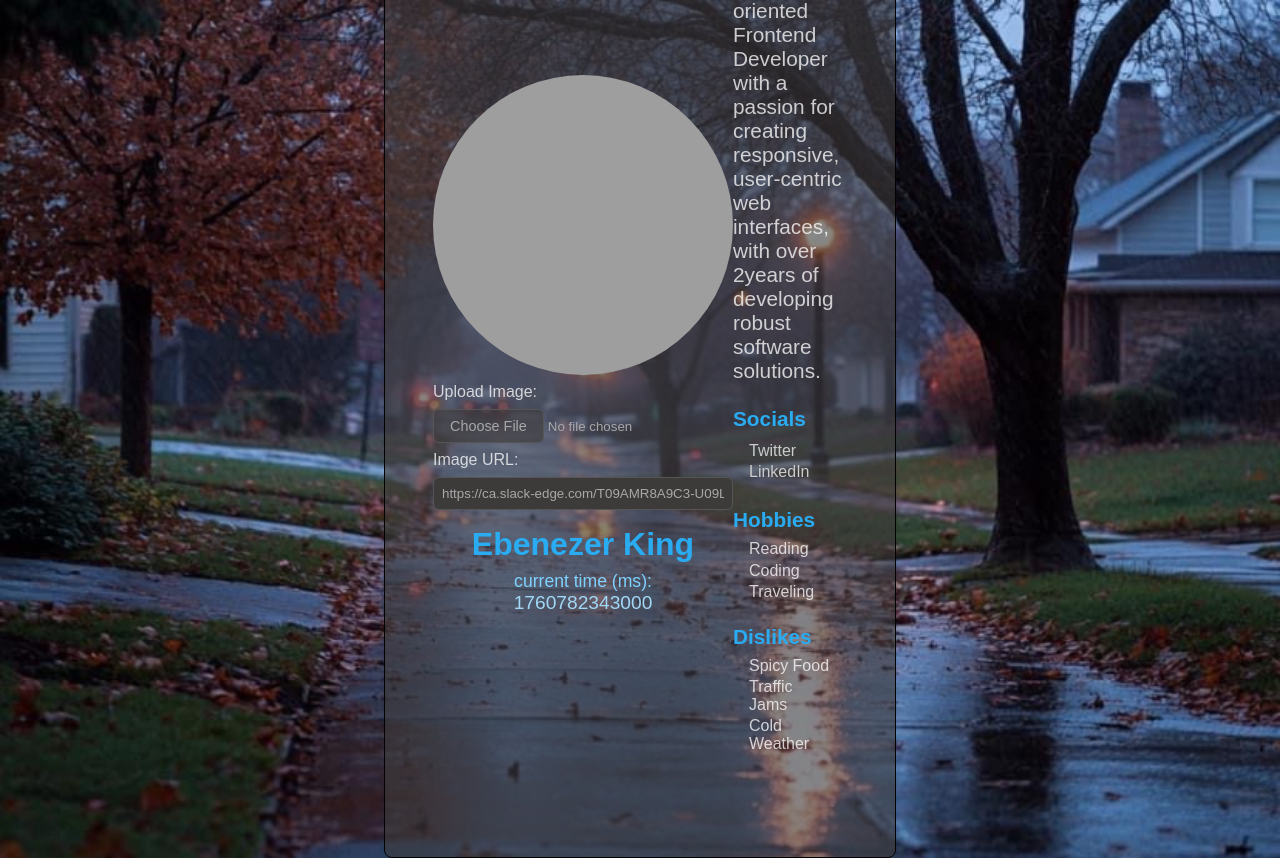
Repository: ebenezertiewei/profileCard
Page: index.html
These files come from the project's save history. The page is drawn as it stood at one moment and after a run of saves; the edit follows.
The browser window is 1280 px wide. The pictures show the whole page.
Pictures or frames that could not be fetched are drawn as grey boxes.

Above is the page before, as saved 2025-10-18 10:52:08.

After the next 4 saves:
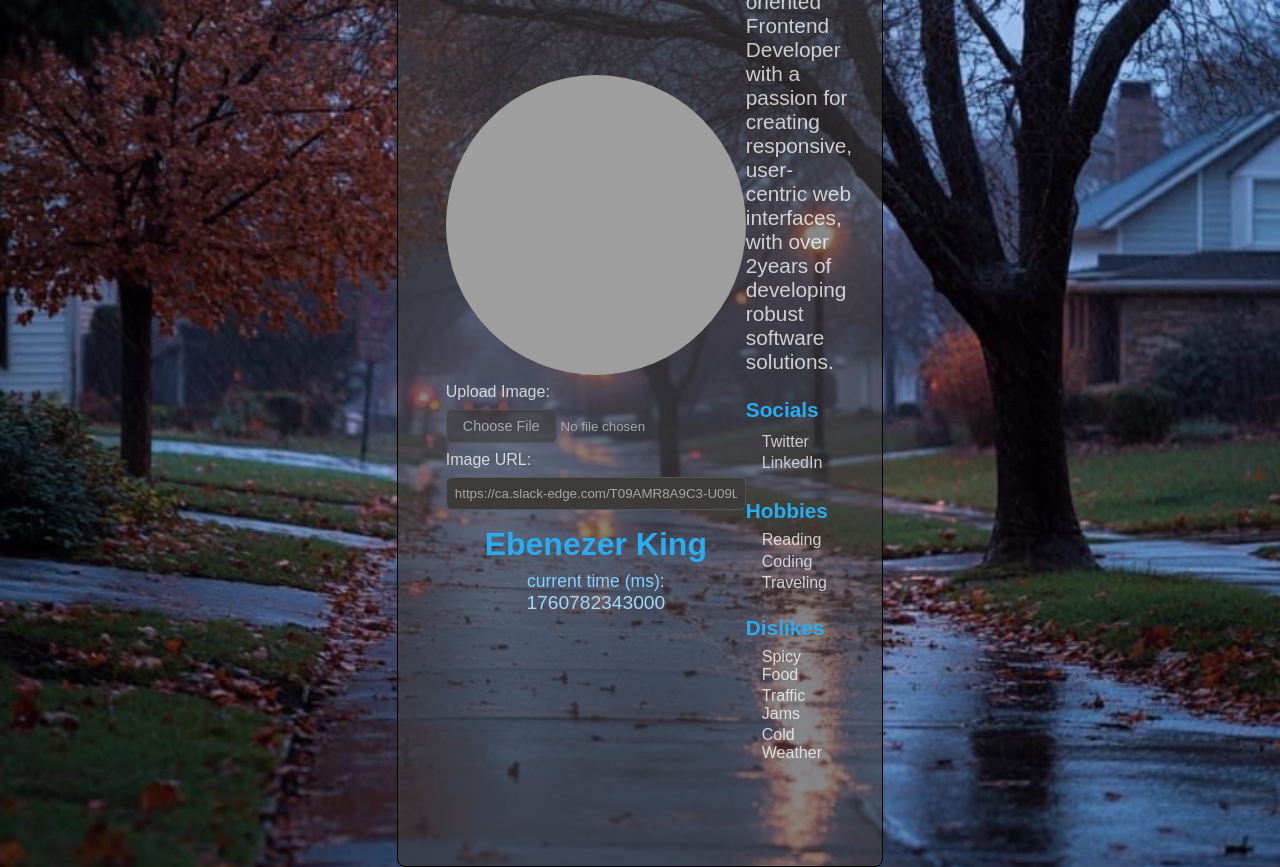
The 4 saves are shown as one change because they came seconds apart.
The last was saved 18 s later.
--- a/style.css
+++ b/style.css
@@ -211,6 +211,7 @@ article[data-testid="test-profile-card"] {
 		display: flex;
 		justify-content: center;
 		align-items: center;
+		padding: 0 2rem;
 	}
 	article[data-testid="test-profile-card"] {
 		display: flex;
